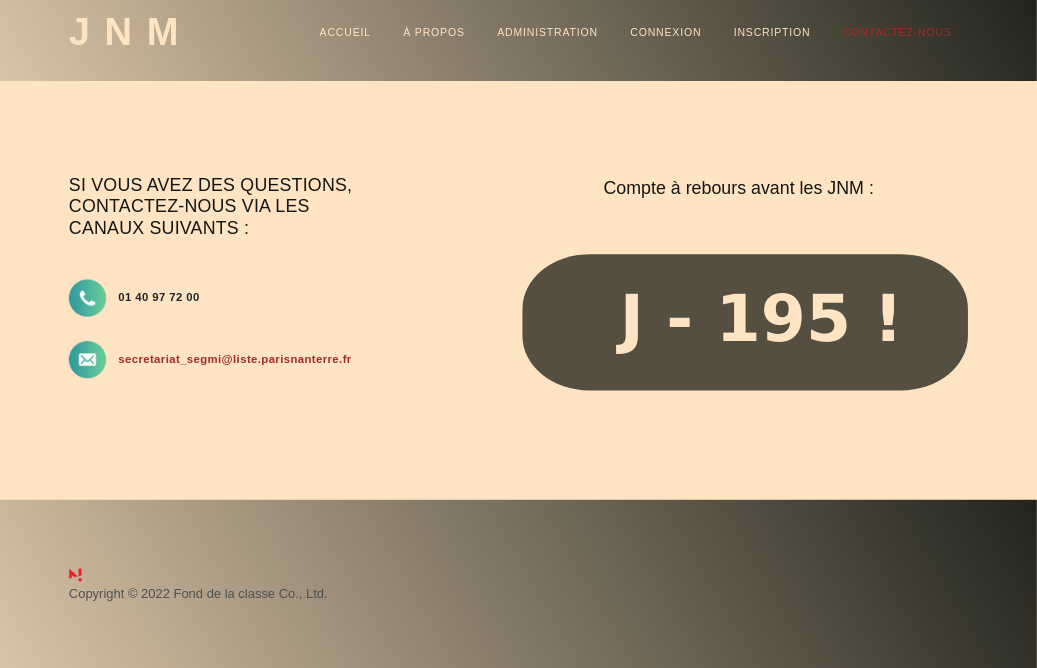
Repository: RiadNadri/ProjetWeb2022
Page: templates/Admin/admin.html.twig
These files come from the project's save history. The page is drawn as it stood at one moment and after the next save; the edit follows.
The browser window is 1280 px wide. The pictures show the whole page, at 81% of full size.
Some web fonts or font styles are not loaded; a fallback is used. The page is a Twig template of a Symfony application; nobody is signed in and links lead nowhere. The template is opened directly, without the code that normally fills it, so the values that code supplies are empty.

Above is the page before, as saved 2022-12-24 17:07:07.

After the next save:
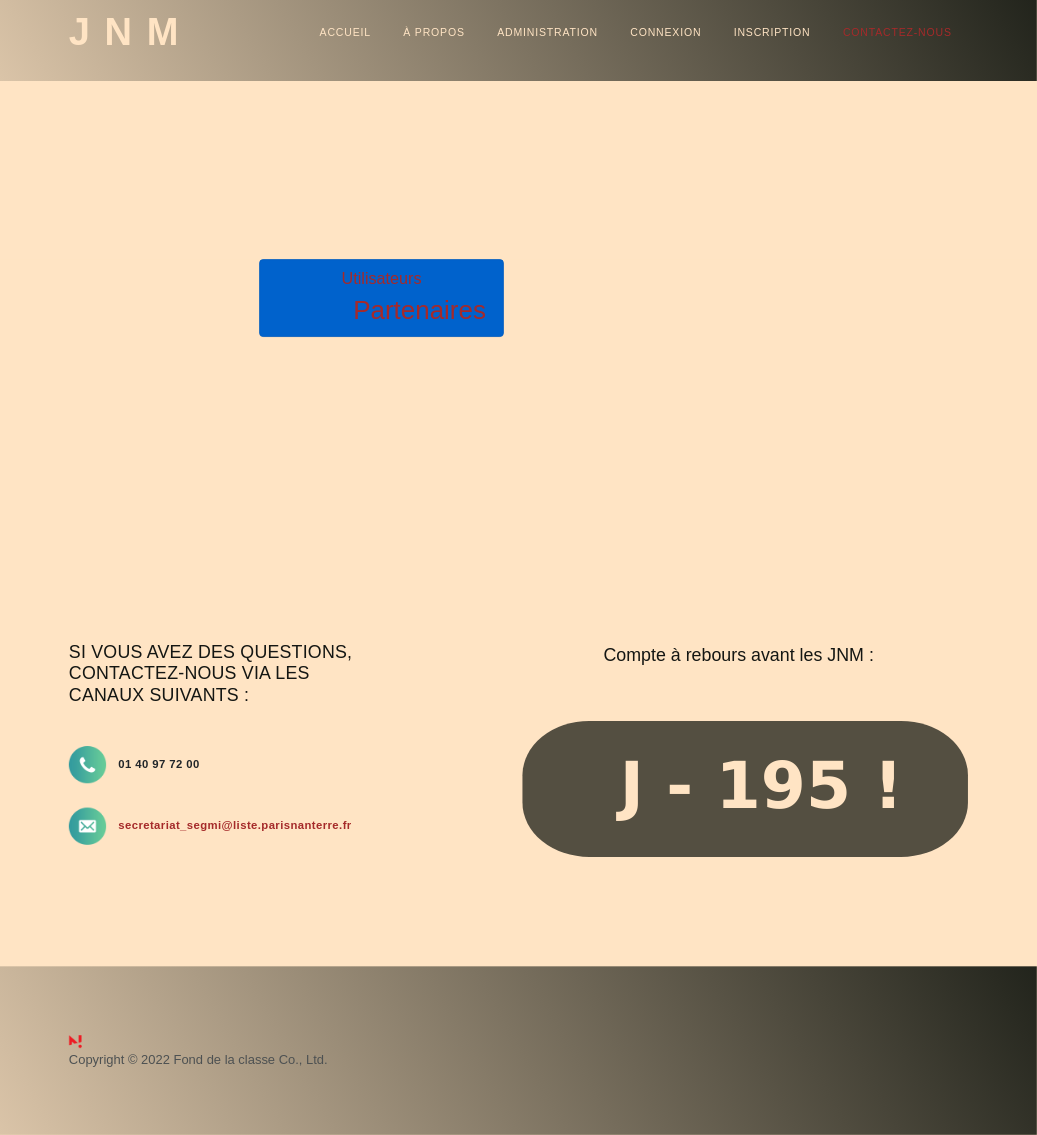
Saved 24 s later.
--- a/templates/Admin/admin.html.twig
+++ b/templates/Admin/admin.html.twig
@@ -10,9 +10,6 @@
         margin-top: 25%;
         margin-bottom: 20%;
         margin-left: 25%;
-        font-size: xx-large;
-        border:solid;
-        border-radius:10px;
     }
     .buttonPartenaire{
         margin-left:35%;
@@ -20,7 +17,7 @@
     }
 </style>
 
-<div class="section">
+<div class="buttonUser">
     <div class="btn btn-primary btn-lg active" >
         <a href="{{path('app_user')}}">Utilisateurs</a>
         <a class="buttonPartenaire" href="{{path('app_partenaire')}}">Partenaires</a>
